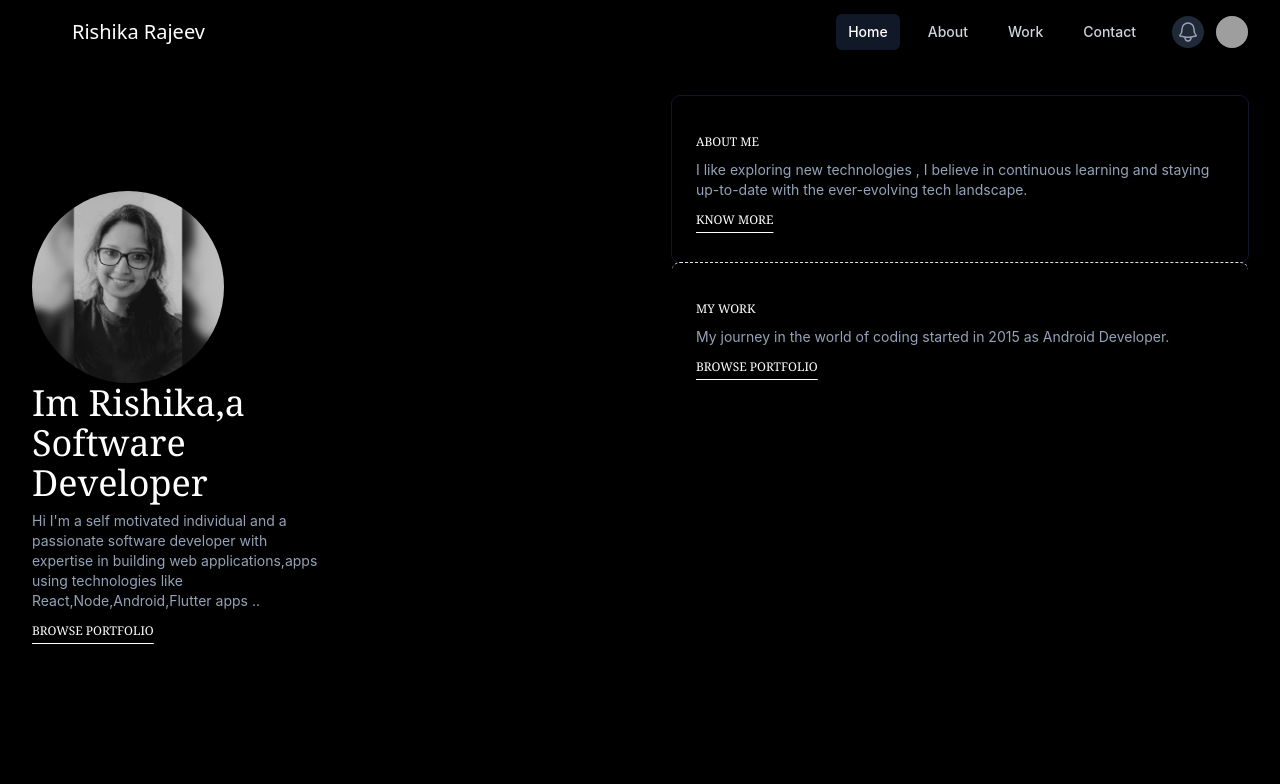
Repository: rishikarajeev/portfolio_rishika
Page: /
The author's editor kept a copy of each file at every save. The page is drawn from the files as they stood at one save, then again after a run of saves.
The browser window is 1280 px wide. The pictures show the whole page.
Pictures or frames that could not be fetched are drawn as grey boxes. The project was rebuilt for these pictures with package versions that can differ from the ones it lists, and the page was loaded fresh each time. Also part of the build but not shown: src/Pages/About.jsx, src/Pages/Contact.jsx, src/Components/Work.jsx, src/Components/Project.jsx, src/Pages/Mywork.jsx.

Above is the page before, as saved 2023-10-23 18:32:35.

### src/Components/Nav/Nav.jsx
import React from 'react'

function Nav() {
  return (
    <div><nav class="dark:bg-black">
    <div class="mx-auto max-w-7xl px-2 sm:px-6 lg:px-8">
      <div class="relative flex h-16 items-center justify-between">
      <div class="absolute inset-y-0 left-7 flex items-center ">

      <a href="#" class=" text-white  px-3 py-2 text-xl font-medium font-sans" aria-current="page">Rishika Rajeev</a>
        </div>
        <div class="absolute inset-y-0 left-0 flex items-center sm:hidden">

          <button type="button" class="relative inline-flex items-center justify-center rounded-md p-2 text-gray-400 hover:bg-gray-700 hover:text-white focus:outline-none focus:ring-2 focus:ring-inset focus:ring-white" aria-controls="mobile-menu" aria-expanded="false">
            <span class="absolute -inset-0.5"></span>
            <span class="sr-only">Open main menu</span>

            <svg class="block h-6 w-6" fill="none" viewBox="0 0 24 24" stroke-width="1.5" stroke="currentColor" aria-hidden="true">
              <path stroke-linecap="round" stroke-linejoin="round" d="M3.75 6.75h16.5M3.75 12h16.5m-16.5 5.25h16.5" />
            </svg>

            <svg class="hidden h-6 w-6" fill="none" viewBox="0 0 24 24" stroke-width="1.5" stroke="currentColor" aria-hidden="true">
              <path stroke-linecap="round" stroke-linejoin="round" d="M6 18L18 6M6 6l12 12" />
            </svg>
          </button>
        </div>
        <div class="flex flex-1 items-center justify-end sm:items-stretch sm:justify-end">
          {/* <div class="flex flex-shrink-0 items-center">
            <img class="h-8 w-auto" src="https://tailwindui.com/img/logos/mark.svg?color=indigo&shade=500" alt="Your Company"/>
          </div> */}
          <div class="hidden sm:ml-6 sm:block ">
            <div class="flex space-x-4 ">

              <a href="/" class="bg-gray-900 text-white rounded-md px-3 py-2 text-sm font-medium" >Home</a>
              <a href="/about" class="text-gray-300 hover:bg-gray-700 hover:text-white rounded-md px-3 py-2 text-sm font-medium">About</a>
              <a href="/work" class="text-gray-300 hover:bg-gray-700 hover:text-white rounded-md px-3 py-2 text-sm font-medium">Work</a>
              <a href="/contact" class="text-gray-300 hover:bg-gray-700 hover:text-white rounded-md px-3 py-2 text-sm font-medium">Contact</a>
            </div>
          </div>
        </div>
        <div class="absolute inset-y-0 right-0 flex items-center pr-2 sm:static sm:inset-auto sm:ml-6 sm:pr-0">
          <button type="button" class="relative rounded-full bg-gray-800 p-1 text-gray-400 hover:text-white focus:outline-none focus:ring-2 focus:ring-white focus:ring-offset-2 focus:ring-offset-gray-800">
            <span class="absolute -inset-1.5"></span>
            <span class="sr-only">View notifications</span>
            <svg class="h-6 w-6" fill="none" viewBox="0 0 24 24" stroke-width="1.5" stroke="currentColor" aria-hidden="true">
              <path stroke-linecap="round" stroke-linejoin="round" d="M14.857 17.082a23.848 23.848 0 005.454-1.31A8.967 8.967 0 0118 9.75v-.7V9A6 6 0 006 9v.75a8.967 8.967 0 01-2.312 6.022c1.733.64 3.56 1.085 5.455 1.31m5.714 0a24.255 24.255 0 01-5.714 0m5.714 0a3 3 0 11-5.714 0" />
            </svg>
          </button>


          <div class="relative ml-3">
            <div>
              <button type="button" class="relative flex rounded-full bg-gray-800 text-sm focus:outline-none focus:ring-2 focus:ring-white focus:ring-offset-2 focus:ring-offset-gray-800" id="user-menu-button" aria-expanded="false" aria-haspopup="true">
                <span class="absolute -inset-1.5"></span>
                <span class="sr-only">Open user menu</span>
                <img class="h-8 w-8 rounded-full" src="../../Images/WhatsApp Image 2023-10-03 at 11.58.19 AM.jpeg" alt=""/>
              </button>
            </div>

          </div>
        </div>
      </div>
    </div>


    <div class="sm:hidden" id="mobile-menu">
      <div class="space-y-1 px-2 pb-3 pt-2">

        <a href="/" class="bg-gray-900 text-white block rounded-md px-3 py-2 text-base font-medium" aria-current="page">Home</a>
        <a href="/about" class="text-gray-300 hover:bg-gray-700 hover:text-white block rounded-md px-3 py-2 text-base font-medium">About</a>
        <a href="/work" class="text-gray-300 hover:bg-gray-700 hover:text-white block rounded-md px-3 py-2 text-base font-medium">Work</a>
        <a href="/contact" class="text-gray-300 hover:bg-gray-700 hover:text-white block rounded-md px-3 py-2 text-base font-medium">Contact</a>
      </div>
    </div>
  </nav>
  </div>
  )
}

export default Nav

### src/Pages/Home.jsx
import React from 'react'

import Nav from '../Components/Nav/Nav';
import img from "../Images/profile.jpeg"
import { Link } from 'react-router-dom';

function Home() {
  return (
    <div className="App" class="dark md:bg-black ">
    <Nav />
    <div class="grid grid-cols-2 h-screen dark md:bg-black  ">
      <div class="grid grid-cols-2 justify-center items-center m-8 ">
        <div class=" col-span-1 dark:bg-black rounded-lg   mb-4 shadow-xl  ">
          <div class="md:flex">
            <div class="md:shrink-0">
              <img
                class="h-48 w-full object-cover md:h-full md:w-48 rounded-full bg-gray-800 text-sm focus:outline-none focus:ring-2"
                src={img}

              />
            </div>
          </div>
          <Link to="/work">
          <div>
            <label class="text-4xl dark:text-white font-serif">
              Im Rishika,a Software Developer
            </label>
          </div>
          </Link>
          <p class="text-slate-400 dark:text-slate-400 mt-2 text-sm mb-1.5">
          Hi I'm a self motivated individual and a passionate software developer
           with expertise in building web applications,apps using technologies like React,Node,Android,Flutter apps ..

          </p>
          <label class="  text-xs underline underline-offset-8 font-serif dark:text-white">
            BROWSE PORTFOLIO
          </label>
        </div>
      </div>
      <div class=" col-span-1 divide-y divide-dashed dark md:bg-black m-8">

      <Link to="/about">
        <div class=" dark:dark:bg-black rounded-lg px-6 py-8 ring-1 ring-slate-900 shadow-xl">

          <div>
            <label class=" dark:text-white text-xs font-serif">
              ABOUT ME
            </label>
          </div>

          <p class=" dark:text-slate-400 mt-2 text-sm mb-1.5">
          I like exploring new technologies , I believe in continuous learning and staying up-to-date with the ever-evolving tech landscape.

          </p>

          <label class="  text-xs underline underline-offset-8 font-serif dark:text-white">
            KNOW MORE
          </label>

        </div>
        </Link>
        <div class=" dark:dark:bg-black rounded-lg px-6 py-8 ring-1 ring-slate-900/5 shadow-xl">
          <div>
            <label class=" dark:text-white text-xl font-serif text-xs">
              {" "}
              MY WORK
            </label>
          </div>

          <p class=" dark:text-slate-400 mt-2 text-sm mb-1.5">
          My journey in the world of coding started in 2015 as Android Developer.
          </p>
          <label class="  text-xs underline underline-offset-8 font-serif dark:text-white">
            BROWSE PORTFOLIO
          </label>
        </div>
      </div>
    </div>
      </div>
  )
}

export default Home

### tailwind.config.js
/** @type {import('tailwindcss').Config} */
module.exports = {
  content: ["./src/**/*.{html,js,jsx}"],
  theme: {
    extend: {},
  },
  darkMode: 'class',
  plugins: [],
}

Loaded but not shown: public/index.html (common file); src/index.js (common file); src/index.css (common file); src/App.js (common file); src/reportWebVitals.js (common file); src/App.css (common file)

After the next 2 saves:
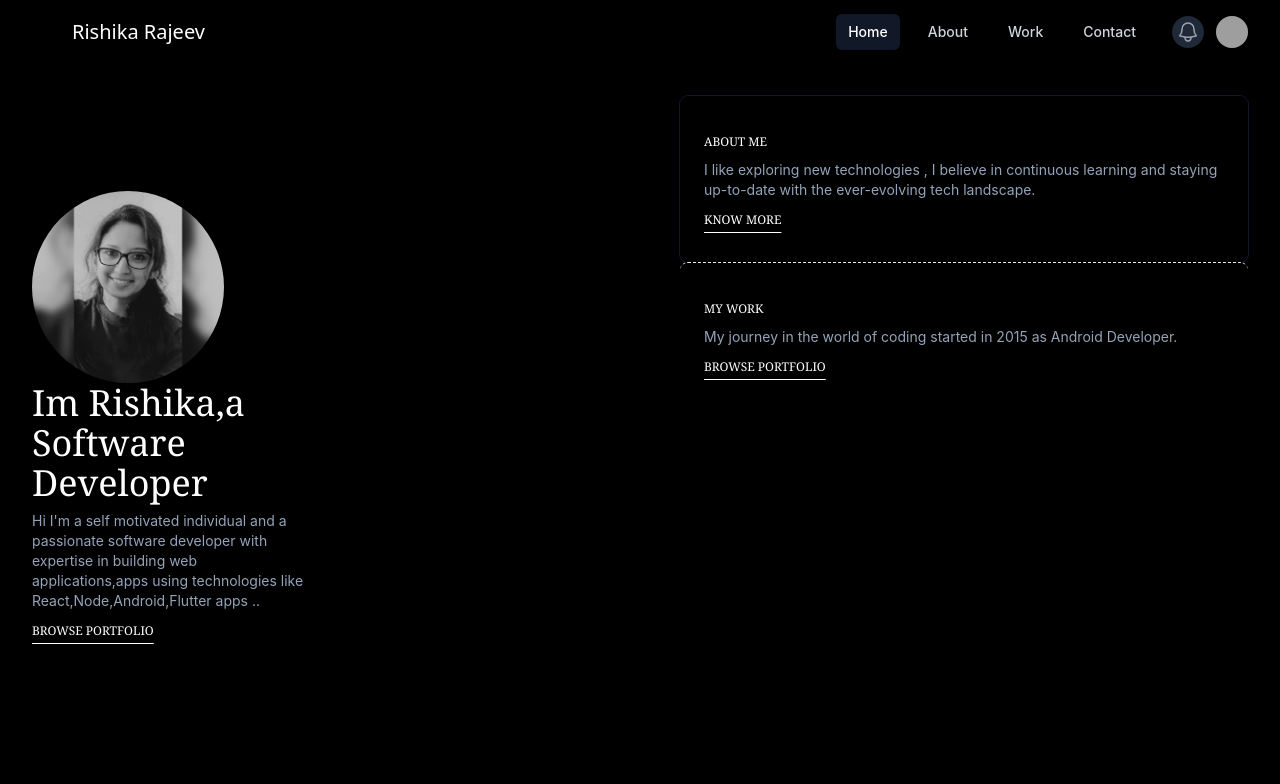
The 2 saves are shown as one change because they came seconds apart.
The last was saved 35 s later.
--- a/src/Pages/Home.jsx
+++ b/src/Pages/Home.jsx
@@ -8,7 +8,7 @@ function Home() {
   return (
     <div className="App" class="dark md:bg-black ">
     <Nav />
-    <div class="grid grid-cols-2 h-screen dark md:bg-black  ">
+    <div class="grid grid-cols-2 h-screen dark md:bg-black gap-4  ">
       <div class="grid grid-cols-2 justify-center items-center m-8 ">
         <div class=" col-span-1 dark:bg-black rounded-lg   mb-4 shadow-xl  ">
           <div class="md:flex">
